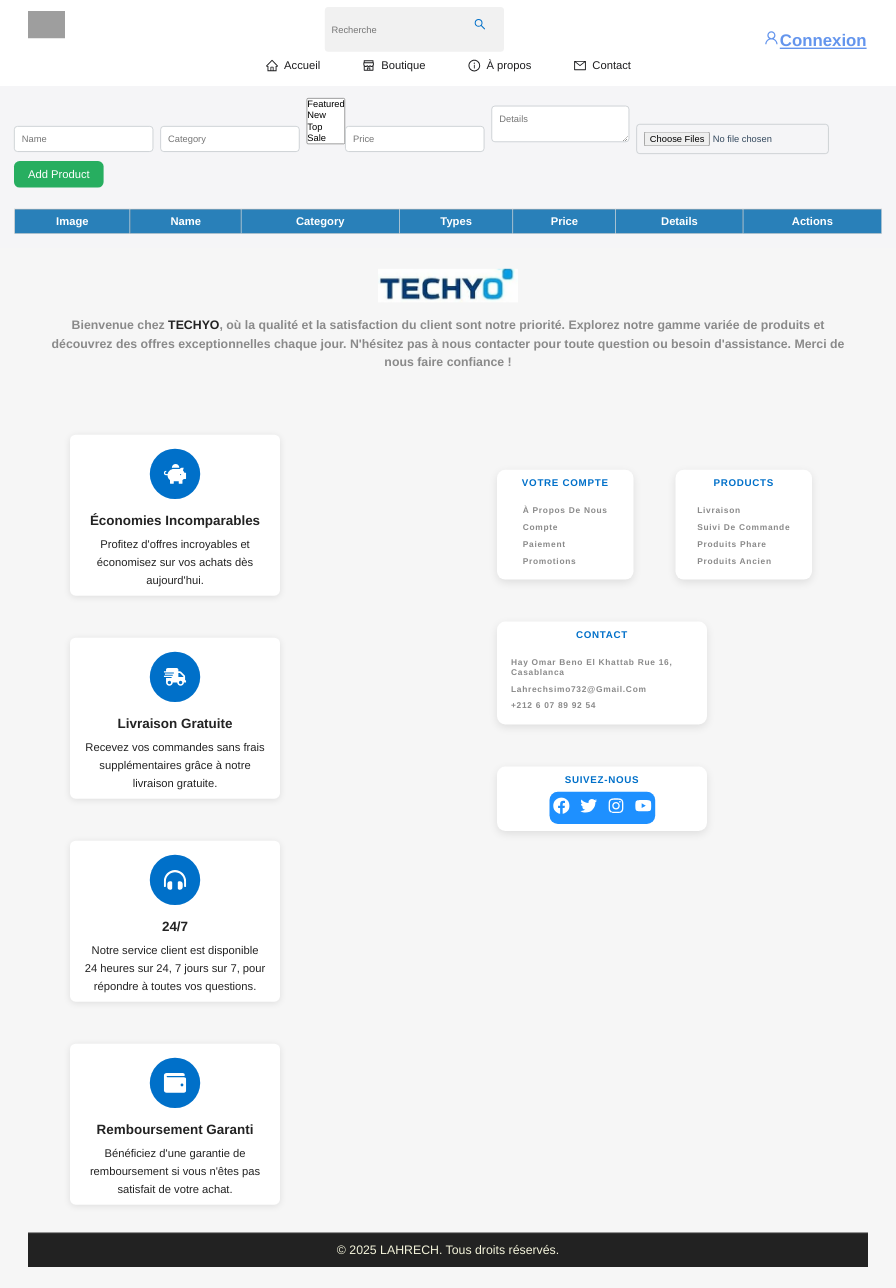
Repository: sebti-cloud/project-modern
Page: /products (app in ecommerce_website/)
These files come from the project's save history. The page is drawn as it stood at one moment and after the next save; the edit follows.
The browser window is 1280 px wide. The pictures show the whole page, at 70% of full size.
The page's requests for data from a server got no answer. The project was rebuilt for these pictures with package versions that can differ from the ones it lists, and the page was loaded fresh each time. No one was signed in, and anything a server would have sent is missing. Also part of the build but not shown: ecommerce_website/src/comp/home.js, ecommerce_website/src/comp/shop.js, ecommerce_website/src/comp/cart.js, ecommerce_website/src/comp/contact.js, ecommerce_website/src/comp/rout.js, ecommerce_website/src/comp/Orders.js, ecommerce_website/src/comp/LikedProducts.js, ecommerce_website/src/comp/Categories.js and 29 more.

Above is the page before, as saved 2025-01-26 18:21:15.

After the next save:
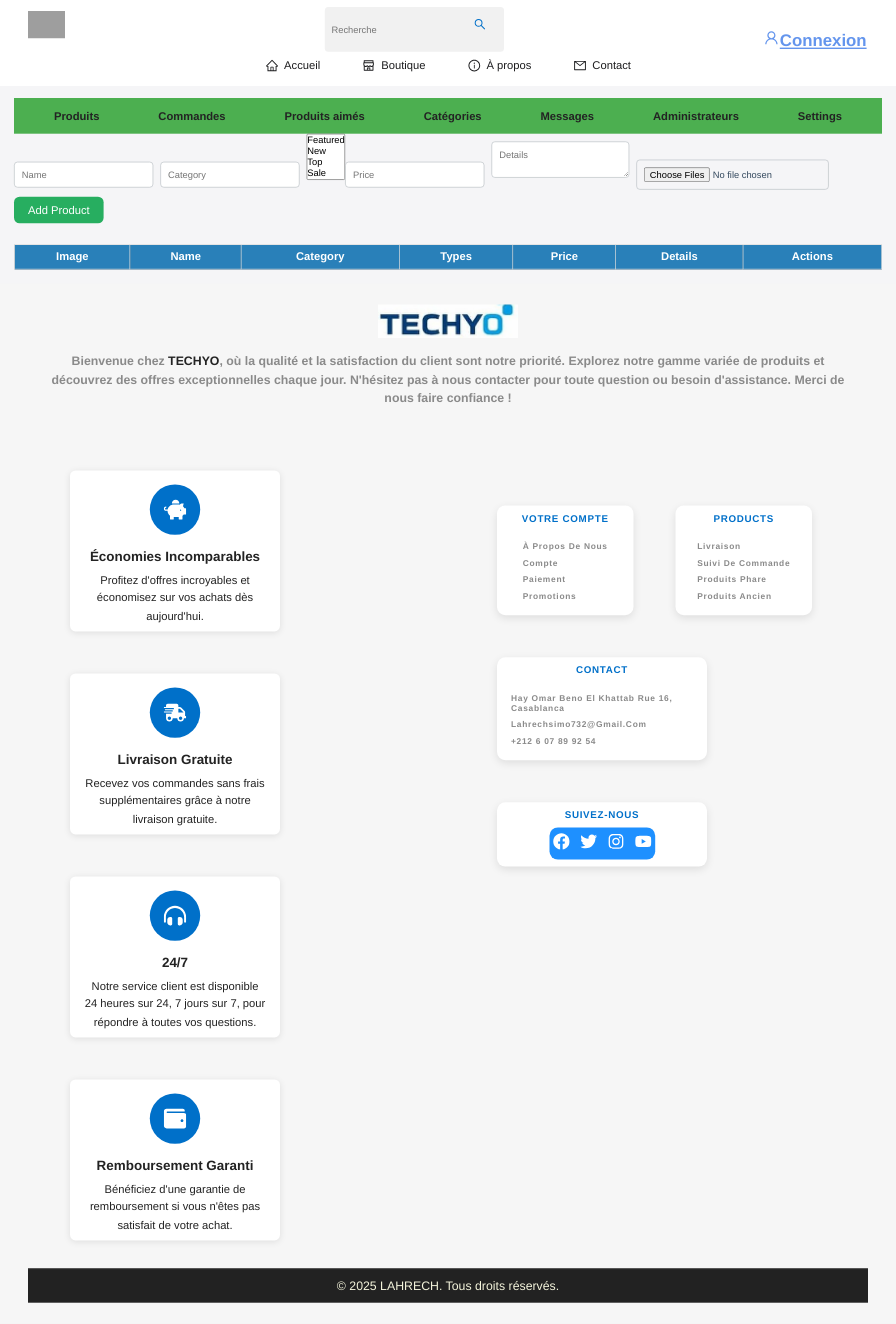
Saved 14 h 50 min later.
--- a/ecommerce_website/src/comp/Products.js
+++ b/ecommerce_website/src/comp/Products.js
@@ -338,6 +338,17 @@
 
     return (
         <div className="admin-dashboard">
+                  <nav>
+                    <ul>
+                      <li><Link to="/products">Produits</Link></li>
+                      <li><Link to="/orders">Commandes</Link></li>
+                      <li><Link to="/likedProducts">Produits aimés</Link></li>
+                      <li><Link to="/categories">Catégories</Link></li>
+                      <li><Link to="/contacts">Messages</Link></li>
+                      <li><Link to="/admins">Administrateurs</Link></li>
+                      <li><Link to="/admin-settings">Settings</Link></li>
+                    </ul>
+                  </nav>
             <form onSubmit={editProduct ? handleUpdateProduct : handleAddProduct}>
                 <input type="text" name="name" placeholder="Name" value={editProduct ? editProduct.name : newProduct.name} onChange={handleChange} required />
                 <input type="text" name="category" placeholder="Category" value={editProduct ? editProduct.category : newProduct.category} onChange={handleChange} required />
